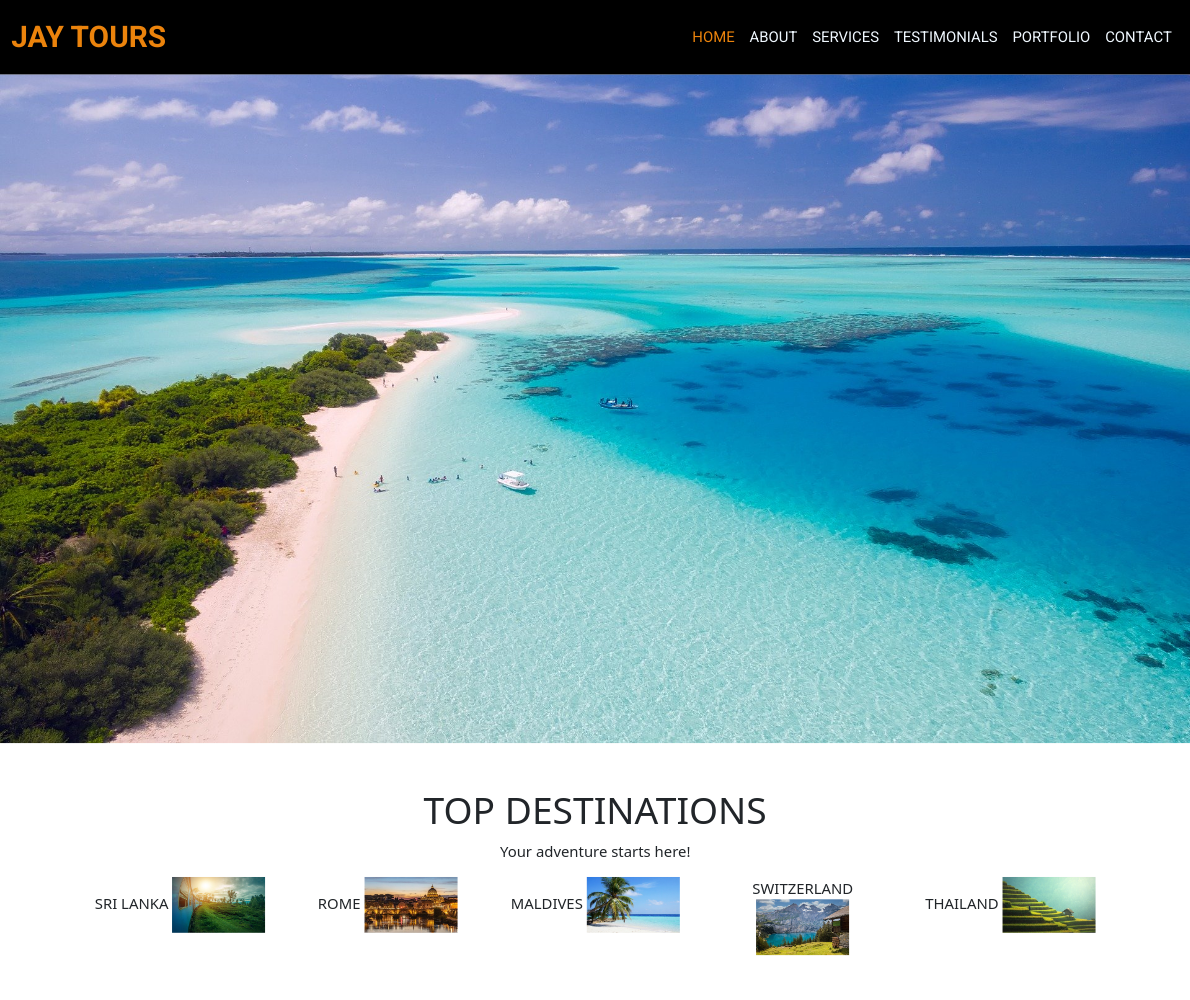
Repository: kasundiudn/Jay-Travel
Page: index.html
The author's editor kept a copy of each file at every save. The page is drawn from the files as they stood at one save, then again after the next save.
The browser window is 1280 px wide. The pictures show the whole page, at 93% of full size.

Above is the page before, as saved 2025-06-26 10:26:31.

After the next save:
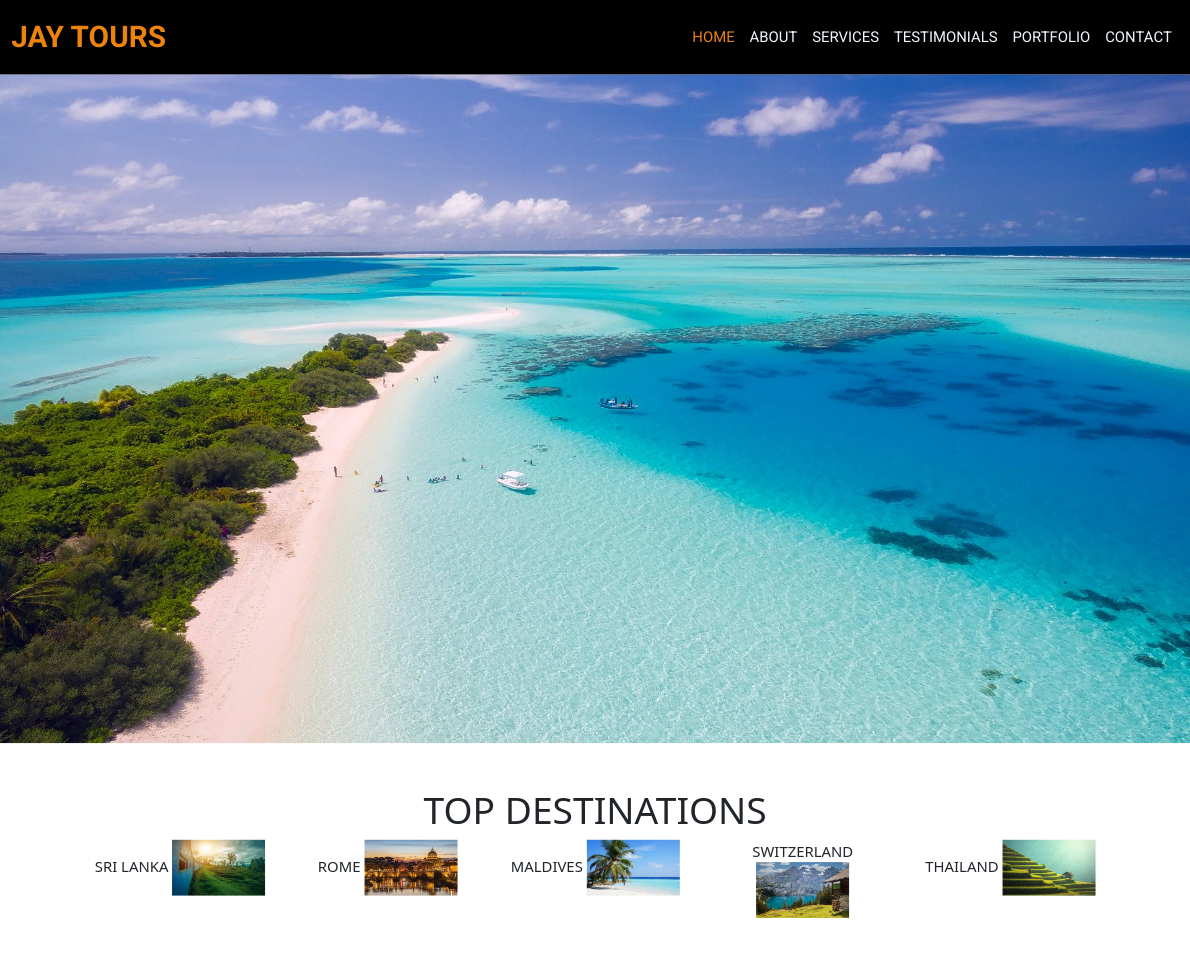
Saved 8 s later.
--- a/index.html
+++ b/index.html
@@ -53,7 +53,7 @@
 
 <div class="container text-center my-5">
   <h1>TOP DESTINATIONS</h1>
-  <p>Your adventure starts here!</p>
+
 
 <div class="container text-center">
   <div class="row">
